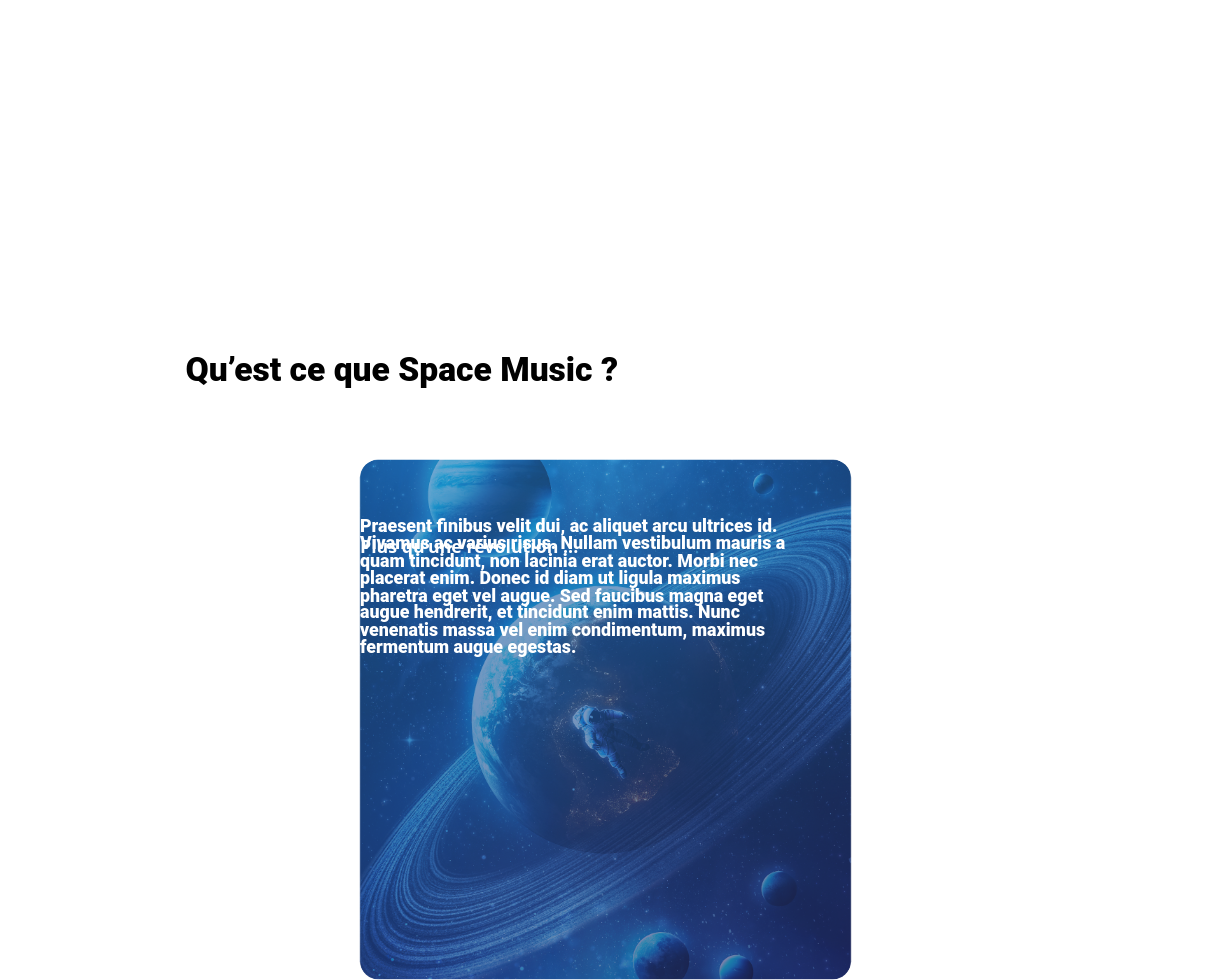
Repository: karalyh/landing-experts
Page: /
The author's editor kept a copy of each file at every save. The page is drawn from the files as they stood at one save, then again after the next save.
The browser window is 1280 px wide. The page is 1729 px wide, so the pictures cover 1729 px, including what lies to the right of the window. The pictures show the part of the page from y = 1628 to 3028 px (the page is 3028 px tall), at 70% of full size.
The project was rebuilt for these pictures with package versions that can differ from the ones it lists, and the page was loaded fresh each time. The framework's server and built-in components were replaced by stand-ins that run in the browser. Also part of the build but not shown: next.config.js, public/css/circles-animations.css, public/css/devices-view.css.

Above is the page before, as saved 2022-09-23 11:52:49.

### pages/_app.tsx
import '../styles/globals.css'
import '../public/css/circles-animations.css'
import '../public/css/devices-view.css'
import  '@material-tailwind/react';
import type { AppProps } from 'next/app'
import LandingLayout from '../components/LandingLayout'

function MyApp({ Component, pageProps }: AppProps): JSX.Element {
  return (
    <LandingLayout>
      <Component {...pageProps} />
    </LandingLayout>
  )
}

export default MyApp

### pages/index.tsx
import type { NextPage } from 'next'

import NavBar from '../components/Navbar'
import Header from '../components/Header'
import Section1 from '../components/Section1'
import Section2 from '../components/Section2'
import Section3 from '../components/Section3'
import Section4 from '../components/Section4'
import Section5 from '../components/Section5'
import Section6 from '../components/Section6'


const Home: NextPage = () => {
  return (
    <div >
      {/* <NavBar />
      <Header />
      <Section1 /> */}
      <Section2 />
        {/* <Section3 />
        <Section4 />
        <Section5 />
        <Section6 /> */}




    </div>
  )
}

export default Home

### styles/globals.css
@tailwind base;
@tailwind components;
@tailwind utilities;


details ::marker {
    unicode-bidi: isolate;
    font-variant-numeric: tabular-nums;
    text-transform: none;

}


           p[open] span::after{
                content: "-";
            }

            p[open] span ~ * {
                animation: slideDown 0.3s ease-in-out;
            }

            p[open] span p {
                opacity: 0;
                animation-name: showContent;
                animation-duration: 0.6s;
                animation-delay: 0.2s;
                animation-fill-mode: forwards;
                margin: 0;
            }

            @keyframes showContent {
                from {
                opacity: 0;
                height: 0;
                }
                to {
                opacity: 1;

                }
            }
            @keyframes slideDown {
                from {
                opacity: 0;
                height: 0;
                padding: 0;
                }

                to {
                opacity: 1;

                }
            }


/*--Header SPM CSS--*/
:root{
  --spm-cl: #3c3c3c;
  --duration_anim: 10s;
}

@font-face{
  font-family:"Roboto Bk";
  font-weight:400;
  font-style:normal;
  font-display:swap;
  src:url(../public/fonts/Roboto-Black.ttf);
}

body{
  font-size: 16px;
}

.main{
  overflow: hidden;
  min-height: initial;
}

.content_head {
  width: 100%;
  max-width: 1200px;
  height: auto;
  margin: auto;
  display: flex;
  flex-direction: row;
  justify-content: space-between;
  align-items: center;
  padding: 0.5em;
  color: var(--spm-cl);
  font-family: "Roboto";
}

.content_head > .container_logos {
  display: grid;
  grid-template-columns: repeat(1, 1fr);
}

.content_head > .container_logos > .logo{
  width: 84px;
  height: 60px;
  animation-fill-mode: both !important;
  animation-duration: var(--duration_anim) !important;
  animation-iteration-count: infinite !important;
  animation-fill-mode: both !important;
  grid-column: 1;
  grid-row: 1;
}

.content_head > .container_logos > .logo:nth-child(1){
  animation: change_logo_color_1;
}

.content_head > .container_logos > .logo:nth-child(2){
  animation: change_logo_color_2;
}

.content_head > .container_logos > .logo:nth-child(3){
  animation: change_logo_color_3;
}

.content_head > .container_logos > .logo:nth-child(4){
  animation: change_logo_color_4;
}

.content_sign_lng{
  width: auto;
  display: flex;
  flex-direction: row;
  justify-content: center;
  align-items: center;
  grid-gap: 2em;
}

.contain_lng{
  width: auto;
}

.contain_sign{
  width: auto;
  display: flex;
  flex-direction: row;
  justify-content: center;
  align-items: center;
  grid-gap: 1em;
}

.contain_sign a, .contain_sign button {
  width: auto;
  color: var(--spm-cl);
}

.separate{
  width: 2px;
  height: 20px;
  background: var(--spm-cl);
}

.content_pattern_texts{
  max-width: 1500px;
  width: 90%;
  margin: auto;
  display: grid;
  grid-template-columns: repeat(12, 1fr);
  border: 5px solid #EEF3F5;
  border-radius: 15px;
  overflow: hidden;
  font-family: 'Roboto Bk';
}

.contain_pattern{
  grid-column: 1 / 13;
  grid-row: 1;
  width: 65%;
  position: relative;
  z-index: 1;
}

.contain_pattern > img{
  width: 100%;
}

.contain_texts{
  grid-column: 2 / 12;
  grid-row: 1;
  display: flex;
  flex-direction: column;
  justify-content: center;
  align-items: flex-end;
  position: relative;
  z-index: 2;
  width: 100%;
}

.slogans{
  display: grid;
  grid-template-columns: repeat(1, 1fr);
  justify-content: flex-end;
  align-items: center;
  margin-top: -10%;
}

.big_slogan{
  color: var(--spm-cl);
  font-size: 1150%;
  width: auto;
  grid-column: 1;
  grid-row: 1;
  text-align: right;
  animation-duration: var(--duration_anim) !important;
  animation-iteration-count: infinite !important;
  animation-timing-function: ease !important;
  animation-fill-mode: both !important;
}

.big_slogan:nth-child(1){
  animation: move_slogan_1;
}

.big_slogan:nth-child(2){
  animation: move_slogan_2;
}

.big_slogan:nth-child(3){
  animation: move_slogan_3;
}

.big_slogan:nth-child(4){
  animation: move_slogan_4;
}

.little_slogan{
  color: var(--spm-cl);
  font-size: 100%;
  width: auto;
  margin-top: 5px;
  grid-column: 1;
  grid-row: 2;
  text-align: right;
  font-weight: 900;
}

.btn_signup, .btn_btm_arrow{
  width: auto;
  cursor: pointer;
}

.btn_signup{
  padding: 0;
  border-radius: 7px;
  color: #fff;
  margin-top: 5%;
  display: grid;
  grid-template-columns: repeat(1, 1fr);
  overflow: hidden;
}

.btn_signup > em{
  padding: 0.7em 2em;
  width: 100%;
  height: 100%;
  grid-column: 1;
  grid-row: 1;
  position: relative;
  z-index: 2;
  font-style: normal;
  font-family: 'Roboto Bk';
}

.btn_signup > .bg{
  width: 100%;
  height: 100%;
  grid-column: 1;
  grid-row: 1;
  position: relative;
  z-index: 1;
  animation-duration: var(--duration_anim) !important;
  animation-iteration-count: infinite !important;
  animation-timing-function: ease !important;
  animation-fill-mode: both;
}

.btn_signup > .bg_1{
  animation: change_logo_color_1;
  background: linear-gradient(92.36deg, #7EC290 4.68%, #039EAA 100.05%);
}

.btn_signup > .bg_2{
  animation: change_logo_color_2;
  background: linear-gradient(92.2deg, #E3077E 4.89%, #A12281 98.84%);
}

.btn_signup > .bg_3{
  animation: change_logo_color_3;
  background: linear-gradient(92.66deg, #F48F1F 5.41%, #E52125 100.51%);
}

.btn_signup > .bg_4{
  animation: change_logo_color_4;
  background: linear-gradient(93.11deg, #5E77BA 0.06%, #2B2E70 98.3%);
}

.btn_btm_arrow {
  margin-top: 10em;
  margin-right: 3em;
  color: var(--spm-cl);
  margin-bottom: -15em;
}

@keyframes change_logo_color_1 {
  0%{
    opacity: 1;
  }
  25%{
    opacity: 0;
  }
  50%{
    opacity: 0;
  }
  75%{
    opacity: 0;
  }
  100%{
    opacity: 1;
  }
}

@keyframes change_logo_color_2 {
  0%{
    opacity: 0;
  }
  25%{
    opacity: 1;
  }
  50%{
    opacity: 0;
  }
  75%{
    opacity: 0;
  }
  100%{
    opacity: 0;
  }
}

@keyframes change_logo_color_3 {
  0%{
    opacity: 0;
  }
  25%{
    opacity: 0;
  }
  50%{
    opacity: 1;
  }
  75%{
    opacity: 0;
  }
  100%{
    opacity: 0;
  }
}

@keyframes change_logo_color_4 {
  0%{
    opacity: 0;
  }
  25%{
    opacity: 0;
  }
  50%{
    opacity: 0;
  }
  75%{
    opacity: 1;
  }
  100%{
    opacity: 0;
  }
}

@keyframes move_slogan_1 {
  0%{
    transform: translateX(0vw);
    opacity: 1;
  }
  22.5%{
    transform: translateX(0vw);
    opacity: 1;
  }
  27.45555555%{
    transform: translateX(-100vw);
    opacity: 1;
  }
  27.5%{
    transform: translateX(100vw);
    opacity: 0;
  }
  47.5%{
    transform: translateX(100vw);
    opacity: 0;
  }
  52.5%{
    transform: translateX(100vw);
    opacity: 0;
  }
  72.5%{
    transform: translateX(100vw);
    opacity: 0;
  }
  77.5%{
    transform: translateX(100vw);
    opacity: 0;
  }
  95%{
    transform: translateX(100vw);
    opacity: 1;
  }
  100%{
    transform: translateX(0vw);
    opacity: 1;
  }
}

@keyframes move_slogan_2 {
  0%{
    transform: translateX(100vw);
    opacity: 0;
  }
  22.5%{
    transform: translateX(100vw);
    opacity: 1;
  }
  27.5%{
    transform: translateX(0vw);
    opacity: 1;
  }
  47.5%{
    transform: translateX(0vw);
    opacity: 1;
  }
  52.45555555%{
    transform: translateX(-100vw);
    opacity: 1;
  }
  52.5%{
    transform: translateX(100vw);
    opacity: 0;
  }
  72.5%{
    transform: translateX(100vw);
    opacity: 0;
  }
  77.5%{
    transform: translateX(100vw);
    opacity: 0;
  }
  95%{
    transform: translateX(100vw);
    opacity: 0;
  }
  100%{
    transform: translateX(100vw);
    opacity: 0;
  }
}

@keyframes move_slogan_3 {
  0%{
    transform: translateX(100vw);
    opacity: 0;
  }
  22.5%{
    transform: translateX(100vw);
    opacity: 0;
  }
  27.5%{
    transform: translateX(100vw);
    opacity: 0;
  }
  47.5%{
    transform: translateX(100vw);
    opacity: 1;
  }
  52.5%{
    transform: translateX(0vw);
    opacity: 1;
  }
  72.5%{
    transform: translateX(0vw);
    opacity: 1;
  }
  77.45555555%{
    transform: translateX(-100vw);
    opacity: 1;
  }
  77.5%{
    transform: translateX(100vw);
    opacity: 0;
  }
  95%{
    transform: translateX(100vw);
    opacity: 0;
  }
  100%{
    transform: translateX(100vw);
    opacity: 0;
  }
}

@keyframes move_slogan_4 {
  0%{
    transform: translateX(100vw);
    opacity: 0;
  }
  22.5%{
    transform: translateX(100vw);
    opacity: 0;
  }
  27.5%{
    transform: translateX(100vw);
    opacity: 0;
  }
  47.5%{
    transform: translateX(100vw);
    opacity: 0;
  }
  52.5%{
    transform: translateX(100vw);
    opacity: 0;
  }
  72.5%{
    transform: translateX(100vw);
    opacity: 1;
  }
  77.5%{
    transform: translateX(0vw);
    opacity: 1;
  }
  95%{
    transform: translateX(0vw);
    opacity: 1;
  }
  99.8999999999%{
    transform: translateX(-100vw);
    opacity: 1;
  }
  100%{
    transform: translateX(100vw);
    opacity: 0;
  }
}

@media (max-width: 768px) {
  .content_head{}

  .container_logos{}

  .content_sign_lng {
    margin-right: 1em;
    padding: 0.5em;
  }

  .content_pattern_texts {
    min-height: 85vh;
  }

  .contain_texts{}

  .big_slogan{
    font-size: 600%;
  }

  .contain_pattern {
    width: 100%;
  }

  .contain_pattern > img {
    height: 100%;
    object-fit: cover;
  }

  .btn_signup {
    margin-top: 40%;
  }

  .btn_btm_arrow {
    margin-top: 3em;
    margin-bottom: -10em;
  }
}
/*--Fin Header SPM CSS--*/

### components/LandingLayout.tsx
import Footer from "./Footer";
import Header from "./Header";
import Navbar from "./Navbar";
import  '@material-tailwind/react';
export default function  LandingLayout ({ children }: any){
    return (
        <div>
        <div className="flex flex-col">
           <Navbar />
            <Header />
            { children }
            <Footer />
        </div>
        </div>
    )
}

### components/Section2.tsx
import Image from 'next/image';


export default function Section2() {

    return (
        <>
            <section className='static'>
                <div className='absolute left-[265px] top-[2129px]'>
                <h1 className='font-roboto text-5xl font-black leading-[56.25px]'>Qu’est ce que Space Music ?</h1>

                </div>
                <div
                    className='
                    flex flex-row justify-center items-center p-[0px 15px] gap-5 absolute
                    w-[1728px] h-[742.7px] top-[2285px] left-px overflow-x-scroll border-black'
                >
                    {/* block du milieu */}
                    <div className="absolute w-[701.5px] h-[742.7px] left-[513.25px] top-0 bg-[url('/images/Rectangle-2.png')] rounded-[26.1767px]">
                        {/** on met le texte dans un bloc */}
                        <div className="w-[614.9px] h-[306.42px] top-[386.6px] left-[545.3px] gap-[31.76px] flex flex-col justify-center items-start">
                            <h1 className="w-[614.9px] h-[25px] font-serif-[roboto] font-black text-[25.4118px] leading-[98.69%] items-center flex text-white">Plus qu’une révolution ...</h1>
                        <p className="
                        w-[614.9px] h-[25px] font-[roboto] font-black text-[25.4118px]
                        leading-[98.69%] items-center flex text-white self-stretch grow-0 order-1 flex-none
                        ">Praesent finibus velit dui, ac aliquet arcu ultrices id. Vivamus ac varius risus. Nullam
                            vestibulum mauris a quam tincidunt, non lacinia erat auctor. Morbi nec placerat enim. Donec
                            id diam ut ligula maximus pharetra eget vel augue. Sed faucibus magna eget augue hendrerit,
                            et tincidunt enim mattis. Nunc venenatis massa vel enim condimentum, maximus fermentum augue
                            egestas.
                        </p></div>

                    </div>
                </div>
           </section>
        </>
           )
}

### components/Header.tsx
import Image from 'next/image';
import styles from '../styles/Header.module.css'



export default function Header() {

    return (
        <section className="content_pattern_texts">

        <div className="contain_texts">
          <div className="slogans">
            <h3 id="big_slogan" className='big_slogan'>Bigger.</h3>
            <h3 id="big_slogan" className='big_slogan'>Better.</h3>
            <h3 id="big_slogan" className='big_slogan'>Social.</h3>
            <h3 id="big_slogan" className='big_slogan'>Music.</h3>
            <h4 className='little_slogan'>L'app qui te redonne le pouvoir</h4>
          </div>

          <button className="btn_signup">
            <i className='bg bg_1'></i>
            <i className='bg bg_2'></i>
            <i className='bg bg_3'></i>
            <i className='bg bg_4'></i>
            <em>Créer mon compte</em>
          </button>

          <button className="btn_btm_arrow"><img src="imgs/arrow_1.png" /></button>
        </div>

        <div className="contain_pattern">
          <img src="imgs/pattern-rockets.png" alt="Pattern Rockets" />
        </div>

      </section>
           )
}

### components/Navbar.tsx
import Head from 'next/head'
import Image from 'next/image';

export default function NavBar() {

    return (
        <div className=''>
            <Head>
                <title>Space music</title>
                <meta name="description" content="Generated by create next app" />
                <link rel="icon" href="/favicon.ico" />
            </Head>



           <div className="content_head">
      <div className="container_logos">
        <img className="logo" src="imgs/spacemusic_logo-1.png" alt="Space Music Logo" />
        <img className="logo" src="imgs/spacemusic_logo-2.png" alt="Space Music Logo" />
        <img className="logo" src="imgs/spacemusic_logo-3.png" alt="Space Music Logo" />
        <img className="logo" src="imgs/spacemusic_logo-4.png" alt="Space Music Logo" />
      </div>

      <section className="content_sign_lng">
        <div className="contain_lng">
          <select className="select_lng" name="select_lng">
            <option value="Français">Français</option>
            <option value="Anglais">Anglais</option>
          </select>
        </div>
        <div className="contain_sign">
          <a href="#">Sign Up</a>
          <div className="separate"></div>
          <a href="#">Sign In</a>
        </div>
      </section>
    </div>
        </div>
    )
}

Loaded but not shown: tailwind.config.js (24 lines, source omitted); components/Footer.tsx (88 lines, source omitted)

After the next save:
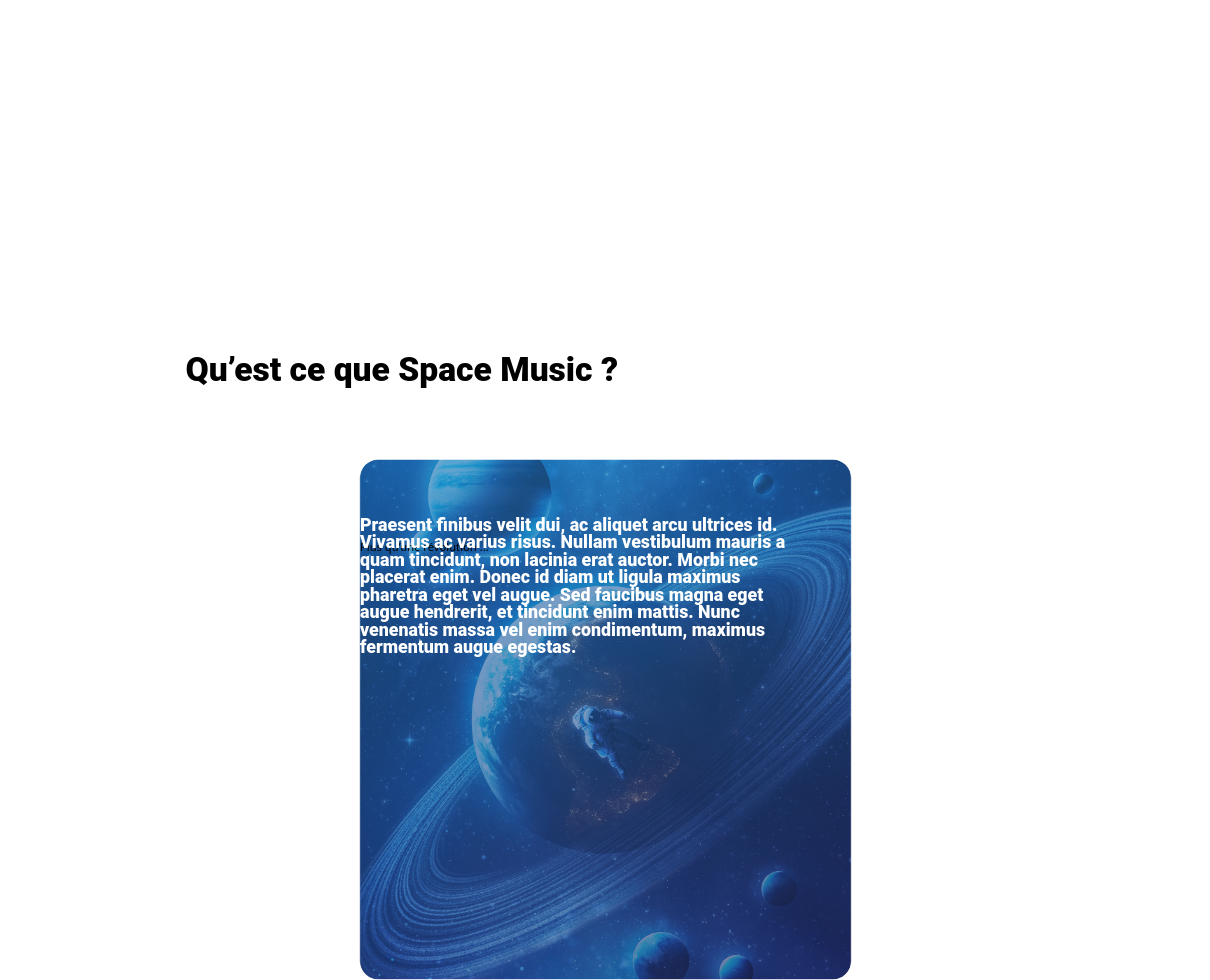
Saved 6 min 28 s later.
--- a/components/Section2.tsx
+++ b/components/Section2.tsx
@@ -19,7 +19,14 @@ export default function Section2() {
                     <div className="absolute w-[701.5px] h-[742.7px] left-[513.25px] top-0 bg-[url('/images/Rectangle-2.png')] rounded-[26.1767px]">
                         {/** on met le texte dans un bloc */}
                         <div className="w-[614.9px] h-[306.42px] top-[386.6px] left-[545.3px] gap-[31.76px] flex flex-col justify-center items-start">
-                            <h1 className="w-[614.9px] h-[25px] font-serif-[roboto] font-black text-[25.4118px] leading-[98.69%] items-center flex text-white">Plus qu’une révolution ...</h1>
+                            {/**
+                             * Titre
+                             */}
+                            <h1 className="">Plus qu’une révolution ...</h1>
+
+                            {/**
+                             * Paragraphe
+                             */}
                         <p className="
                         w-[614.9px] h-[25px] font-[roboto] font-black text-[25.4118px]
                         leading-[98.69%] items-center flex text-white self-stretch grow-0 order-1 flex-none
